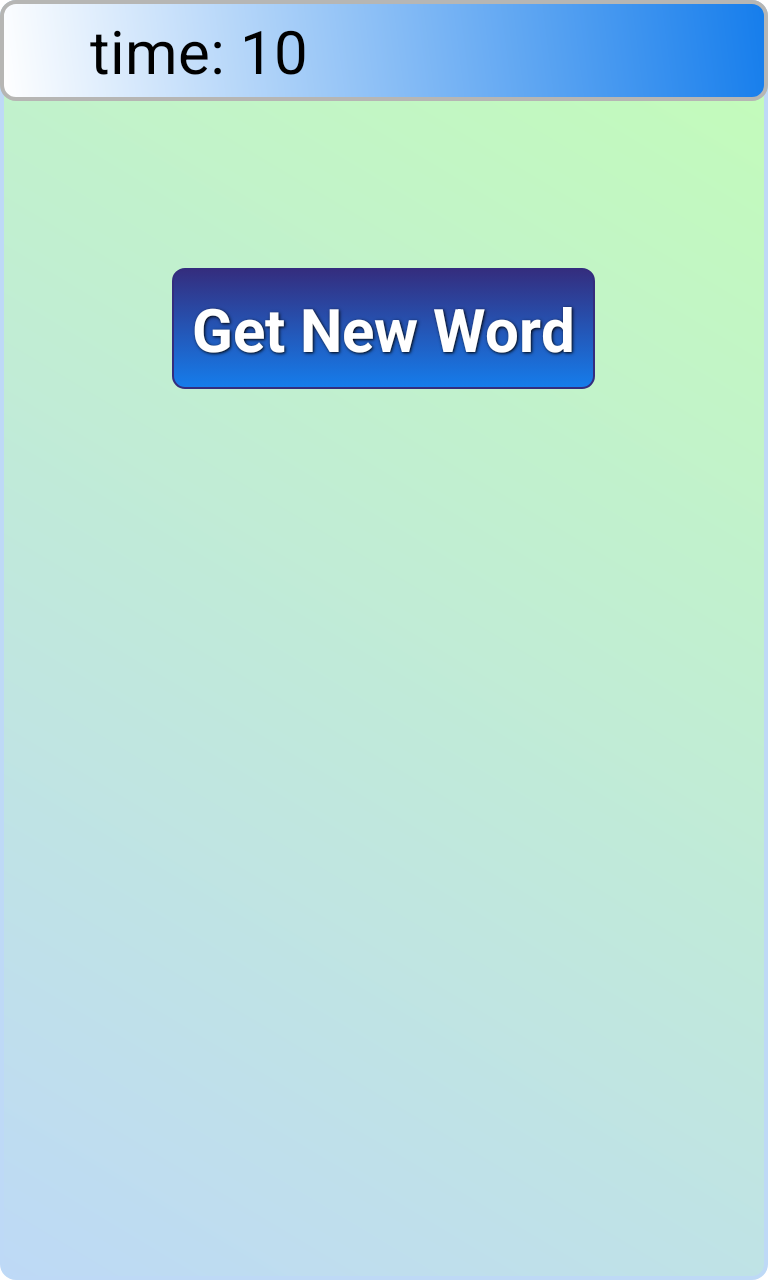
Repository: tvergilio/android
Layout: GoogleItDb/res/layout/activity_main.xml
The author's editor kept a copy of each file at every save. The layout is drawn from the files as they stood at one save, then again after the next save.
It is drawn on a 768 x 1280 px phone screen (xhdpi) without system bars, with theme AppTheme; the app's code is not run. Lists and similar views that code fills are empty.

Above is the layout before, as saved 2014-02-15 23:45:04.

After the next save:
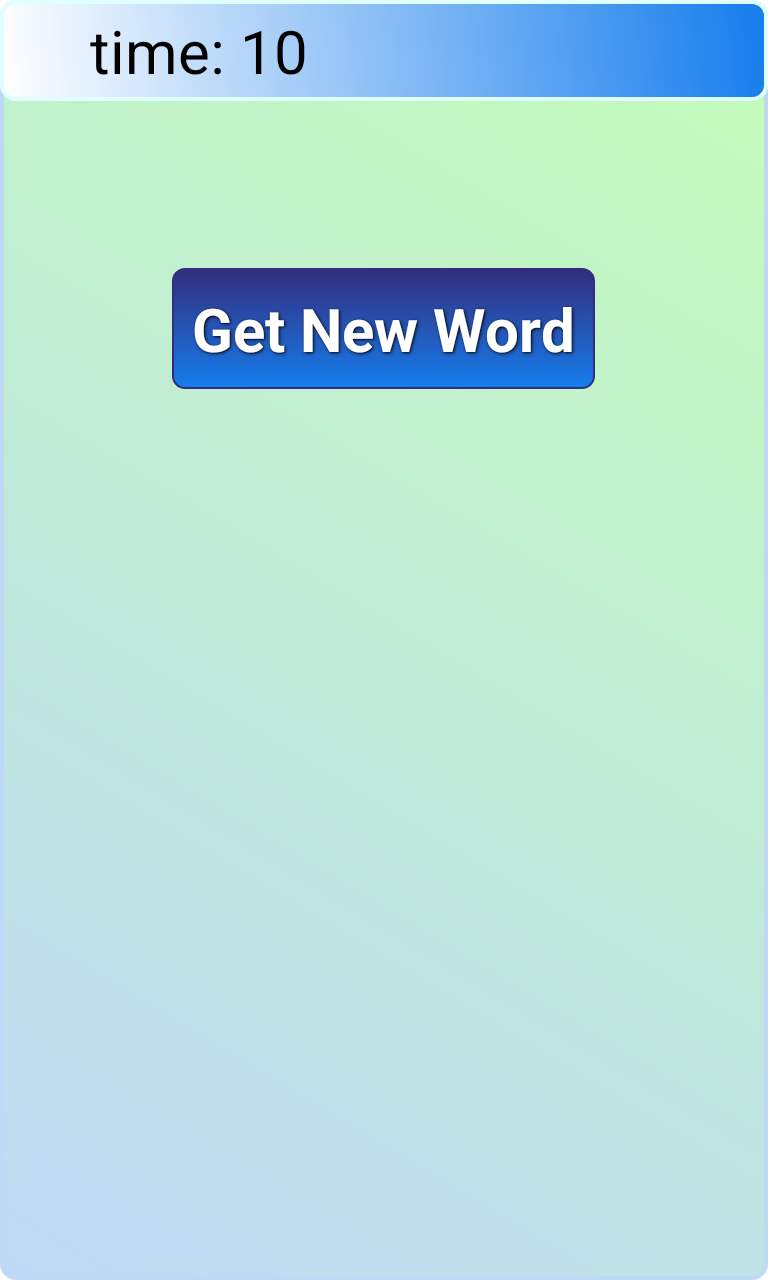
Saved 92 s later.
--- a/GoogleItDb/res/drawable-hdpi/rectangle_blue.xml
+++ b/GoogleItDb/res/drawable-hdpi/rectangle_blue.xml
@@ -1,7 +1,7 @@
 <?xml version="1.0" encoding="utf-8"?>
 <shape xmlns:android="http://schemas.android.com/apk/res/android"
          android:shape="rectangle">
-     <stroke android:width="2dp" android:color="@color/grey_cloud" />
+     <stroke android:width="2dp" android:color="@color/light_cyan" />
      <gradient android:startColor="@color/blue_dress" android:endColor="@color/white"
             android:angle="225"/>
 
